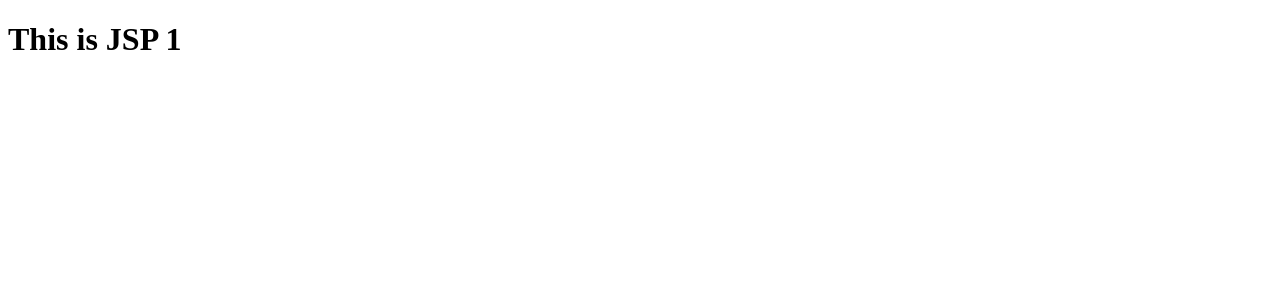
Repository: Max0077/WEJE1-master
Page: http://localhost/servlets/DemoJSP1.jsp
An editor plug-in stored every save of this project. The page is shown before and after the next save, followed by the edit.
The browser window is 1280 px wide. The pictures show the whole page.
The page is served by Tomcat 9. Other server files are loaded and not shown.

Above is the page before, as saved 2022-09-07 11:50:22.

### servlets/src/main/webapp/DemoJSP1.jsp
<%@ page language="java" contentType="text/html; charset=ISO-8859-1"
	pageEncoding="ISO-8859-1"%>
<%
String username = request.getParameter("username");
%>
<!DOCTYPE html>
<html>
<head>
<meta charset="ISO-8859-1">
<title>JSP 1</title>
</head>
<body>
	<h1>This is JSP 1</h1>

</body>
</html>

After the next save:
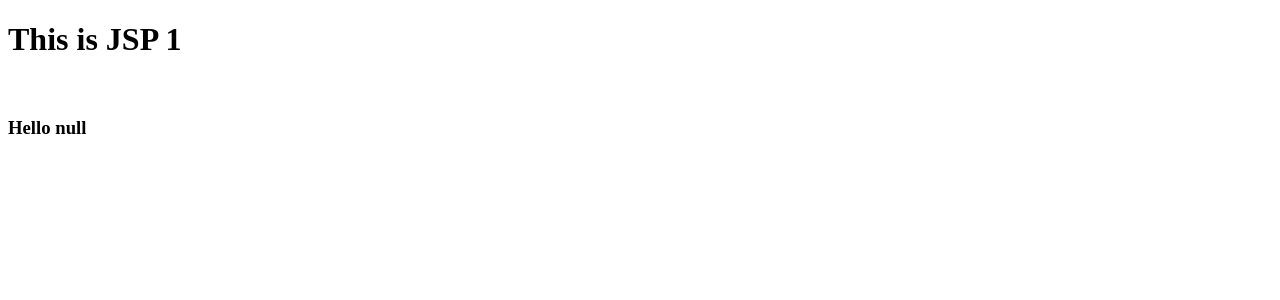
Saved 42 s later.
--- a/servlets/src/main/webapp/DemoJSP1.jsp
+++ b/servlets/src/main/webapp/DemoJSP1.jsp
@@ -11,6 +11,10 @@ String username = request.getParameter("username");
 </head>
 <body>
 	<h1>This is JSP 1</h1>
-
+	<br>
+	<h3>
+		Hello
+		<%=username%>
+	</h3>
 </body>
 </html>
